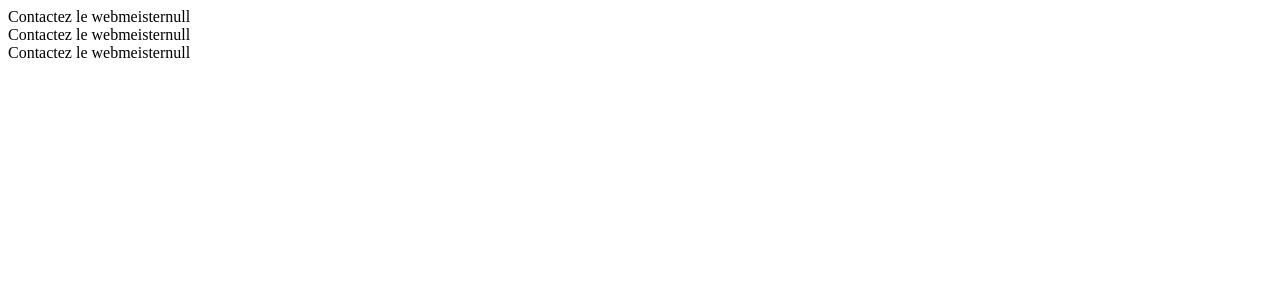
Repository: max4578/JeeProject_MMiraglia_DPaimparet
Page: http://localhost/BetaBoutique/Bienvenue5.jsp
An editor plug-in stored every save of this project. The page is shown before and after the next save, followed by the edit.
The browser window is 1280 px wide. The pictures show the whole page.
The page is served by Tomcat 9. Nobody is signed in. The application's start-up code is not run.

Above is the page before, as saved 2017-12-13 09:51:59.

### BetaBoutique/WebContent/Bienvenue5.jsp
<%@ page language="java" contentType="text/html; charset=UTF-8"
    pageEncoding="UTF-8"%>
<!DOCTYPE html PUBLIC "-//W3C//DTD HTML 4.01 Transitional//EN" "http://www.w3.org/TR/html4/loose.dtd">
<html>
<head>
<meta http-equiv="Content-Type" content="text/html; charset=UTF-8">
<title>Bienvenue</title>
</head>
<body>
	<%
		out.println("Contactez le webmeister"+application.getInitParameter("emailAdministrateur")+"</br>");
	    out.println("Contactez le webmeister"+config.getInitParameter("emailAdministrateur")+"</br>");
	    out.println("Contactez le webmeister"+application.getInitParameter("adresseAdministrateur")+"</br>");

	%>
</body>
</html>

After the next save:
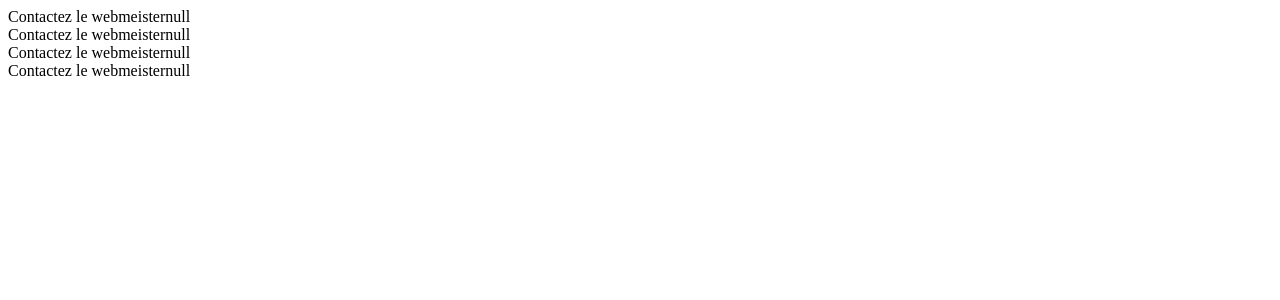
Saved 18 s later.
--- a/BetaBoutique/WebContent/Bienvenue5.jsp
+++ b/BetaBoutique/WebContent/Bienvenue5.jsp
@@ -11,6 +11,7 @@
 		out.println("Contactez le webmeister"+application.getInitParameter("emailAdministrateur")+"</br>");
 	    out.println("Contactez le webmeister"+config.getInitParameter("emailAdministrateur")+"</br>");
 	    out.println("Contactez le webmeister"+application.getInitParameter("adresseAdministrateur")+"</br>");
+	    out.println("Contactez le webmeister"+config.getInitParameter("adresseAdministrateur")+"</br>");
 
 	%>
 </body>
